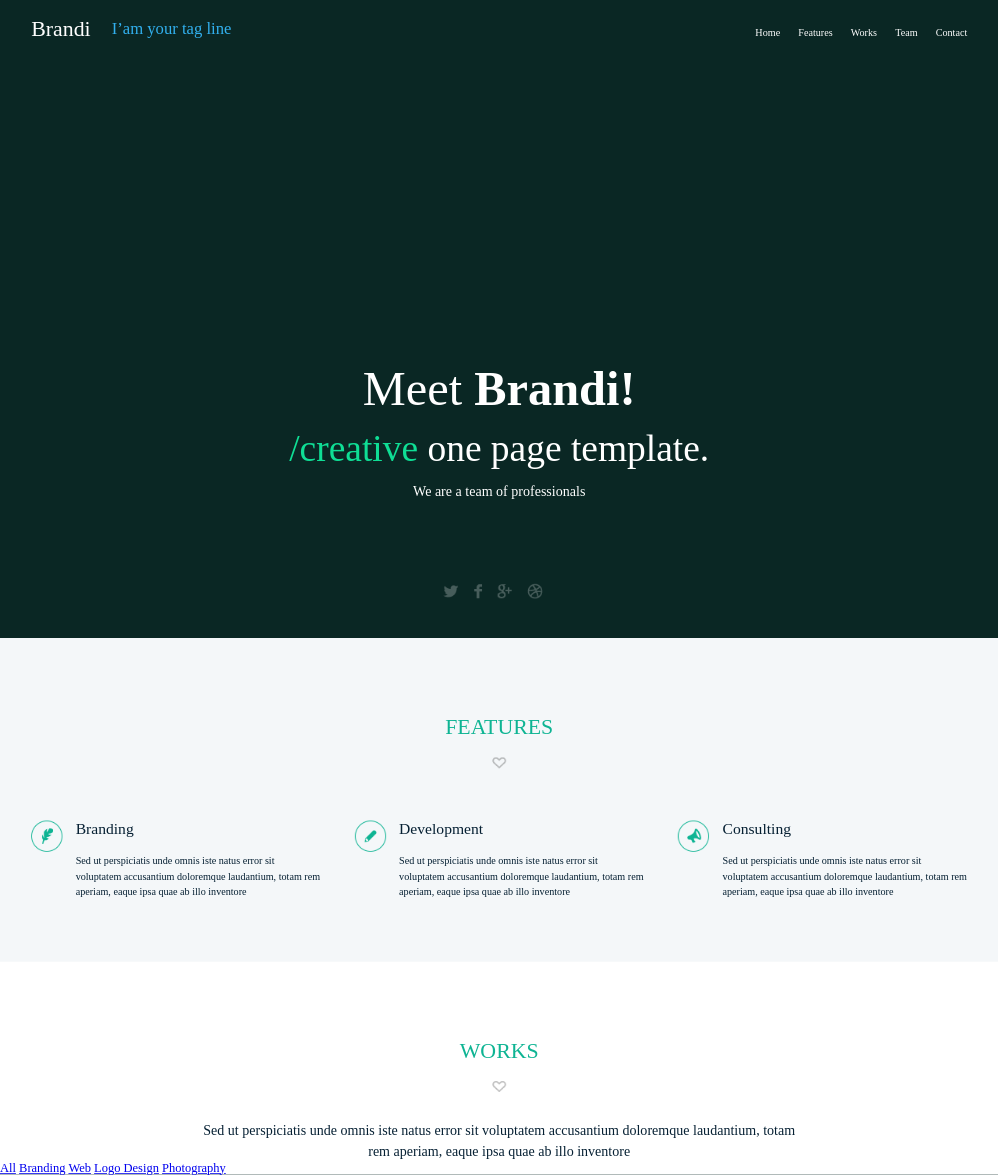
Repository: iravakilova/Brandi
Page: app/index.html
These files come from the project's save history. The page is drawn as it stood at one moment and after the next save; the edit follows.
The browser window is 1280 px wide. The pictures show the whole page, at 78% of full size.

Above is the page before, as saved 2020-02-15 14:24:12.

After the next save:
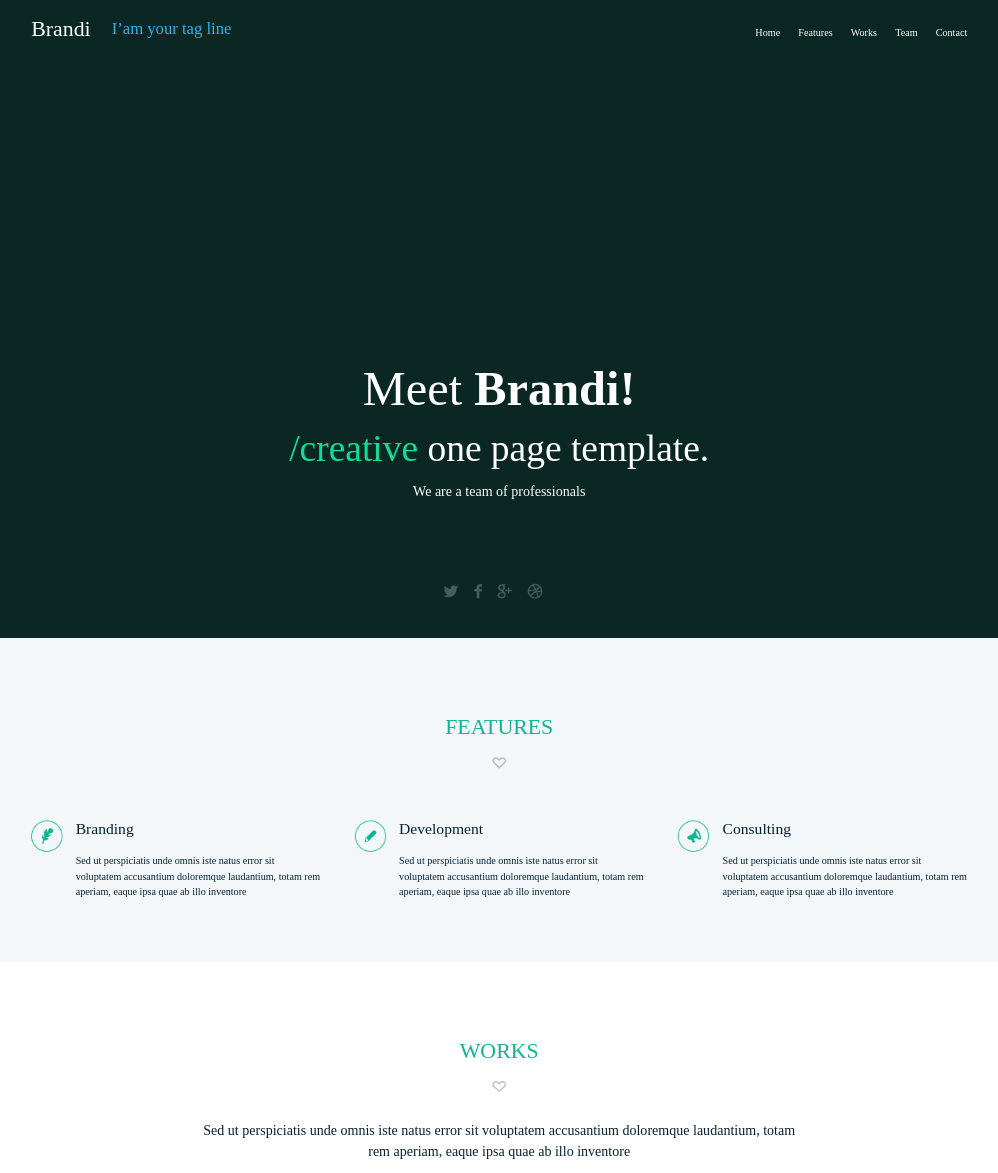
Saved 104 s later.
--- a/app/style.css
+++ b/app/style.css
@@ -136,3 +136,17 @@
 }
 
 /* works */
+
+.works-menu {
+    font-family: "OpenSans-Bold", "AdobeInvisFont", "MyriadPro-Regular";
+    font-size: 14px;
+    color: rgba(255, 255, 255, 255);
+
+}
+.works-menu__link {
+    display: inline-block;
+    vertical-align: top;
+    margin-left: 20px;
+    color: #fff;
+    text-decoration: none;
+}
